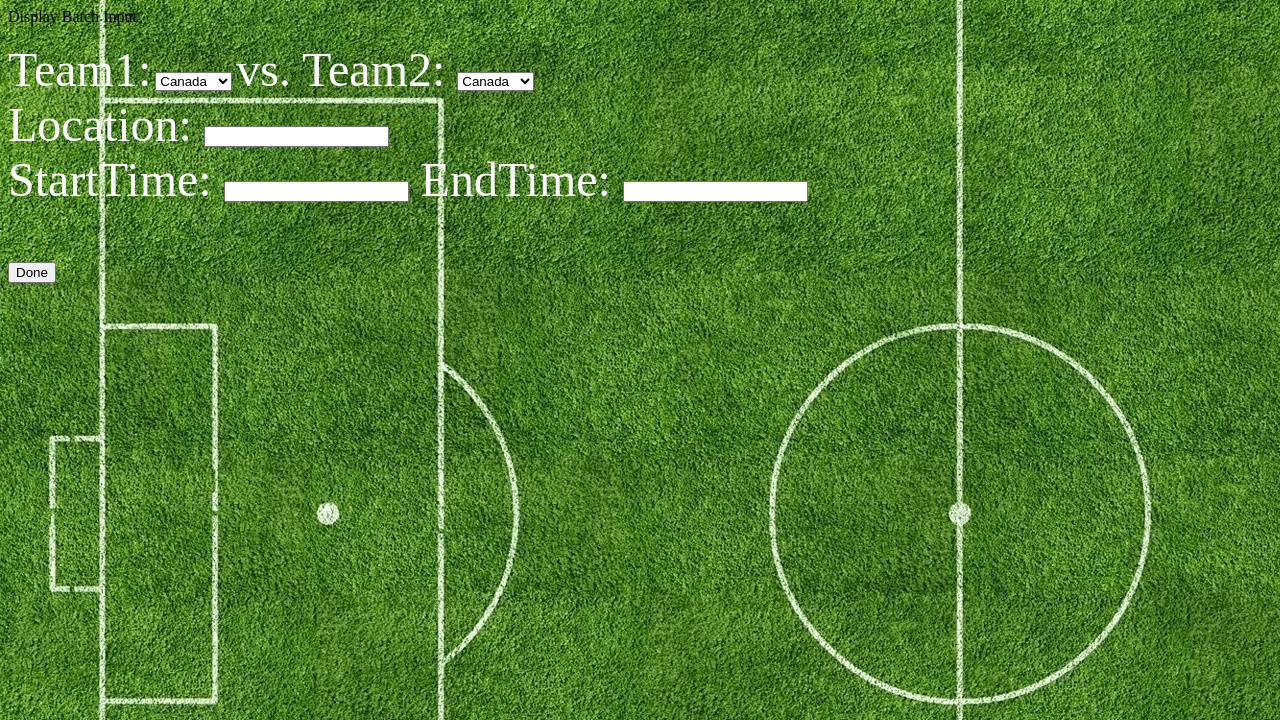
Repository: FredGlozman/SwiftScore
Page: SwiftScore/Batch.html
The author's editor kept a copy of each file at every save. The page is drawn from the files as they stood at one save, then again after the next save.
The browser window is 1280 px wide. The pictures show the whole page.

Above is the page before, as saved 2015-12-03 12:30:24.

After the next save:
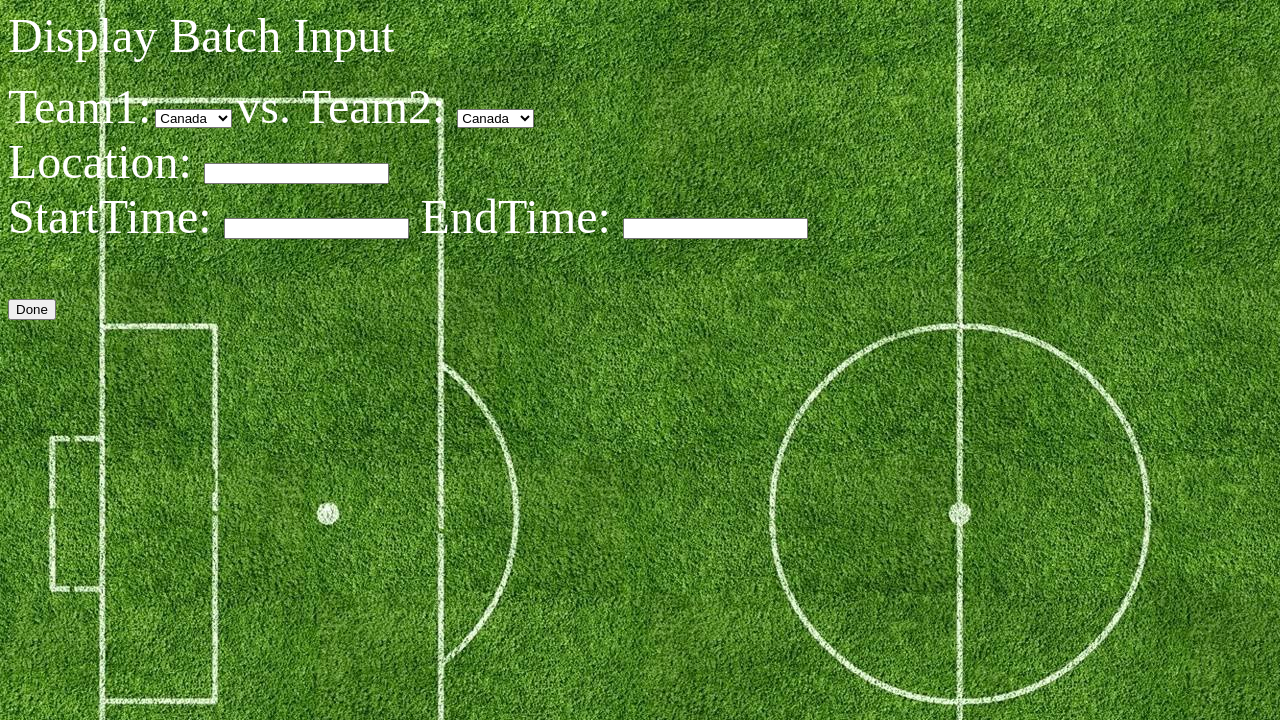
Saved 11 s later.
--- a/SwiftScore/Batch.html
+++ b/SwiftScore/Batch.html
@@ -5,7 +5,7 @@
 </head>
 <body background="soccer.jpg">
 <p>
-Display Batch Input
+<font color="white" size = 30x >Display Batch Input</font>
 </p>
 <form action="Batch.php" method="post">
 <font color="white" size = 30x >Team1:</font>
